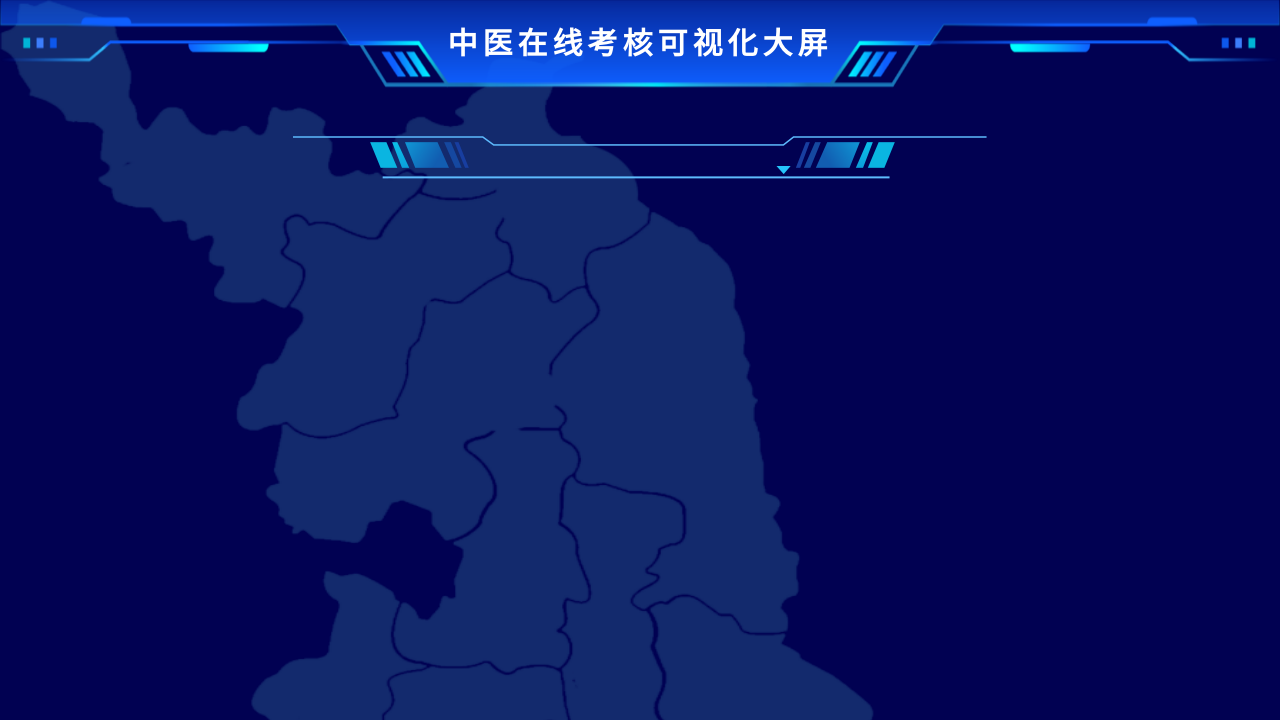
Repository: krislorem/medicine-online-datascreen-vue
Page: /
An editor plug-in stored every save of this project. The page is shown before and after the next save, followed by the edit.
The browser window is 1280 px wide. The pictures show the whole page.
The project was rebuilt for these pictures with package versions that can differ from the ones it lists, and the page was loaded fresh each time. Also part of the build but not shown: vite.config.ts.

Above is the page before, as saved 2024-12-04 11:44:42.
Console error (its wording comes from the project's code and is left out).

### src/main.ts
import './assets/main.css'

import { createApp } from 'vue'
import { createPinia } from 'pinia'
import ElementPlus from 'element-plus'
import 'element-plus/dist/index.css'
import App from './App.vue'
import router from './router'

const app = createApp(App)

app.use(createPinia())
app.use(router)
app.use(ElementPlus)
app.mount('#app')

### src/assets/main.css
body, html {
  width: 100%;
  height: 100%;
  overflow: hidden;
  margin: 0;
  padding: 0;
  width: 100vw;
  height: 100vh
}

#app {
  width: 100%;
  height: 100%
}

### src/App.vue
<template>
  <div>
    <RouterView></RouterView>
  </div>
</template>

<script setup lang="ts">

</script>

<style scoped>
</style>

### src/views/HomeView.vue
<template>
  <div class="home">
    <nav>
      <h1>中医在线考核可视化大屏</h1>
    </nav>
    <div id="mid-bar">
      <select id="info"></select>
    </div>
    <div id="all-info">
      <div id="left">
        <div class="item item-1"></div>
      </div>
      <div id="right"></div>
    </div>
  </div>
</template>

<style scoped>
body {
  font-family: Helvetica Neue, Helvetica, PingFang SC, Hiragino Sans GB, Microsoft YaHei, "\5FAE\8F6F\96C5\9ED1", Arial, sans-serif;
  font-size: 12px;
  line-height: 1.5;
  color: #515a6e;
  background-color: #fff;
  -webkit-font-smoothing: antialiased;
  -moz-osx-font-smoothing: grayscale;
}

.home {
  background: #010152 url(/ditu.png) 50% no-repeat;
  background-size: 100% 100%;
}

.home nav {
  background-image: url(/dingbu.png);
  background-size: 100% 100%;
  background-repeat: no-repeat;
  overflow: hidden;
  display: -webkit-box;
  display: -ms-flexbox;
  display: flex;
  -webkit-box-align: center;
  -ms-flex-align: center;
  align-items: center;
}

.home nav h1 {
  font-size: 30px;
  font-family: PingFangSC-Semibold, PingFang SC;
  font-weight: 600;
  color: #fff;
  line-height: 58px;
  letter-spacing: 5px;
  margin: 15px auto;
}

.home #mid-bar {
  width: 694px;
  height: 43px;
  background: url(/nav.png) no-repeat;
  margin: 48px auto 36px;
  padding-top: 12px;
  display: -webkit-box;
  display: -ms-flexbox;
  display: flex;
  -webkit-box-pack: center;
  -ms-flex-pack: center;
  justify-content: center;
  -webkit-box-align: center;
  -ms-flex-align: center;
  align-items: center;
}

.home #mid-bar #info {
  appearance: none;
  -moz-appearance: none;
  -webkit-appearance: none;
  background: transparent url('/jiantou.png') no-repeat scroll 100%;
  width: 302px;
  height: 22px;
  font-size: 16px;
  text-align: center;
  font-family: PingFangSC-Semibold, PingFang SC;
  font-weight: 600;
  color: #26c5fb;
  line-height: 22px;
  letter-spacing: 2px;
  border: none;
}

#all-info {
  width: 100%;
  height: 796px;
  margin: 20px auto;
  display: -webkit-box;
  display: -ms-flexbox;
  display: flex;
  -ms-flex-pack: distribute;
  justify-content: space-around;
}
</style>
<script setup lang="ts">
import * as echarts from 'echarts';
import { onMounted } from 'vue'
const labelOption = {
  show: true,
  position: 'insideBottom',
  distance: 15,
  align: 'left',
  verticalAlign: 'middle',
  rotate: 90,
  formatter: '{c}  {name|{a}}',
  fontSize: 16,
  rich: {
    name: {}
  }
};
const option = {
  tooltip: {
    trigger: 'axis',
    axisPointer: {
      type: 'shadow'
    }
  },
  legend: {
    data: ['Forest', 'Steppe', 'Desert', 'Wetland']
  },
  xAxis: [
    {
      type: 'category',
      axisTick: { show: false },
      data: ['2012', '2013', '2014', '2015', '2016']
    }
  ],
  yAxis: [
    {
      type: 'value'
    }
  ],
  series: [
    {
      name: 'Forest',
      type: 'bar',
      barGap: 0,
      label: labelOption,
      emphasis: {
        focus: 'series'
      },
      data: [320, 332, 301, 334, 390]
    },
    {
      name: 'Steppe',
      type: 'bar',
      label: labelOption,
      emphasis: {
        focus: 'series'
      },
      data: [220, 182, 191, 234, 290]
    },
    {
      name: 'Desert',
      type: 'bar',
      label: labelOption,
      emphasis: {
        focus: 'series'
      },
      data: [150, 232, 201, 154, 190]
    },
    {
      name: 'Wetland',
      type: 'bar',
      label: labelOption,
      emphasis: {
        focus: 'series'
      },
      data: [98, 77, 101, 99, 40]
    }
  ]
};
onMounted(() => {
  let chartDom = document.getElementById('m');
  let myChart = echarts.init(chartDom);
  option && myChart.setOption(option);
})


</script>

Loaded but not shown: index.html (common file); src/router/index.ts (common file)

After the next save:
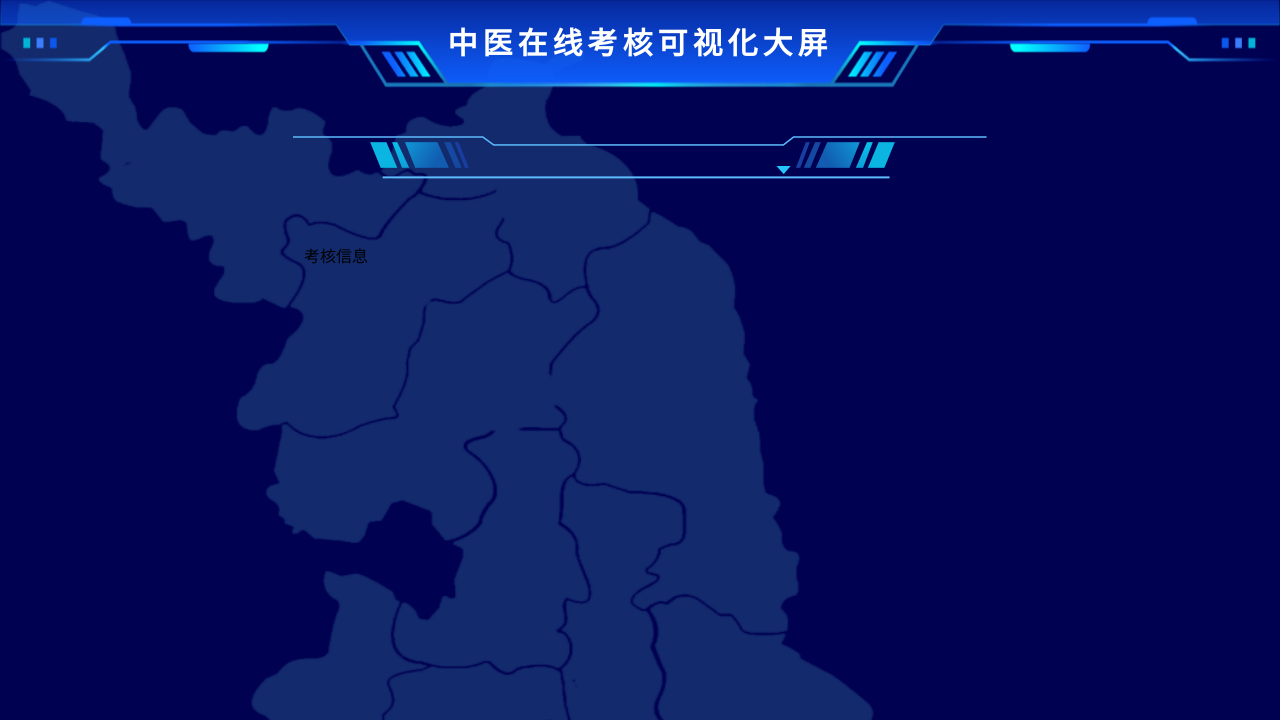
Saved 24 s later.
--- a/src/views/HomeView.vue
+++ b/src/views/HomeView.vue
@@ -8,7 +8,9 @@
     </div>
     <div id="all-info">
       <div id="left">
-        <div class="item item-1"></div>
+        <div class="item item-1">
+          <p class="top-name"><span>考核信息</span></p>
+        </div>
       </div>
       <div id="right"></div>
     </div>
